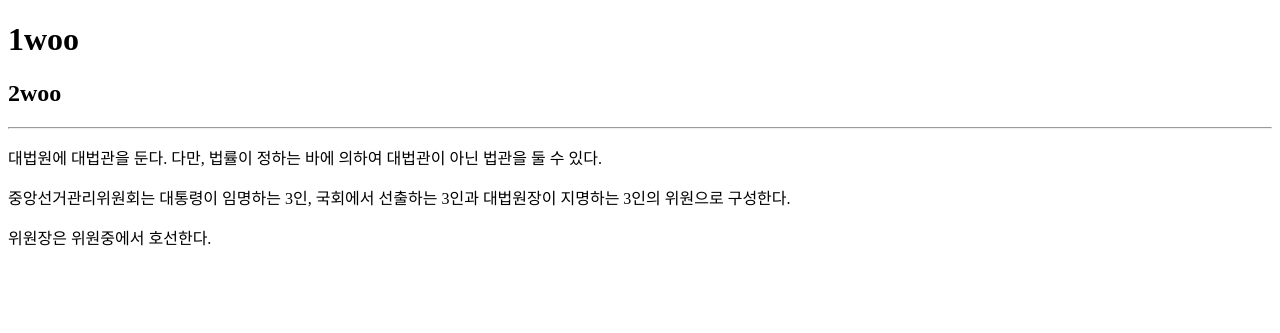
Repository: hyungju2/SSAFY_JavaPractice
Page: 20190211_HTML/web_java/HTMLProject/WebContent/html/First.html
These files come from the project's save history. The page is drawn as it stood at one moment and after the next save; the edit follows.
The browser window is 1280 px wide. The pictures show the whole page.

Above is the page before, as saved 2019-02-11 02:56:00.

### 20190211_HTML/web_java/HTMLProject/WebContent/html/First.html
<!DOCTYPE html>
<html>
	<head>
		<meta charset="UTF-8">
		<title>My page Title</title>
	</head>

	<body>
	<!-- hn: heading tag. 제목달기 -->
		<h1>1woo</h1>
		<h2>2woo</h2>
		<hr> <!-- 가로 줄 긋기 , 줄 바꿈-->
		<p>대법원에 대법관을 둔다. 다만, 법률이 정하는 바에 의하여 대법관이 아닌 법관을 둘 수 있다.
		<p>중앙선거관리위원회는 대통령이 임명하는 3인, 국회에서 선출하는 3인과 대법원장이 지명하는 3인의 위원으로 구성한다.<p> 위원장은 위원중에서 호선한다.
		<!-- p 테그는 줄바꿈 효과 -->
	</body>
</html>

After the next save:
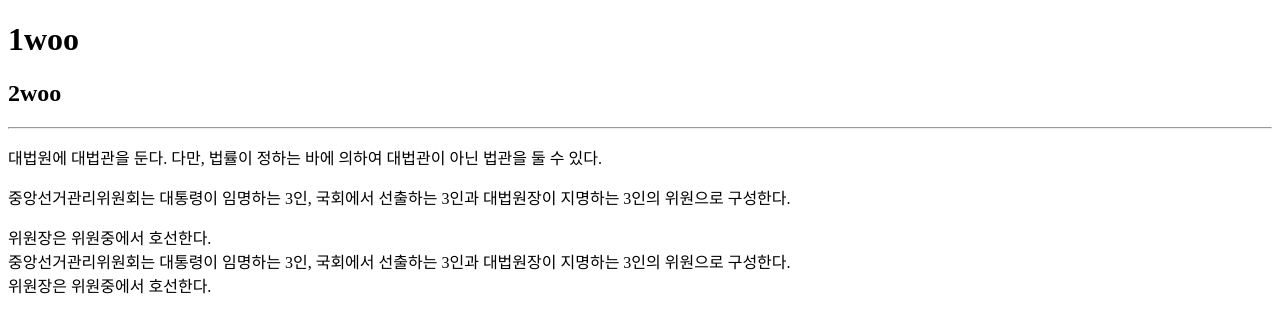
Saved 78 min 5 s later.
--- a/20190211_HTML/web_java/HTMLProject/WebContent/html/First.html
+++ b/20190211_HTML/web_java/HTMLProject/WebContent/html/First.html
@@ -12,6 +12,8 @@
 		<hr> <!-- 가로 줄 긋기 , 줄 바꿈-->
 		<p>대법원에 대법관을 둔다. 다만, 법률이 정하는 바에 의하여 대법관이 아닌 법관을 둘 수 있다.
 		<p>중앙선거관리위원회는 대통령이 임명하는 3인, 국회에서 선출하는 3인과 대법원장이 지명하는 3인의 위원으로 구성한다.<p> 위원장은 위원중에서 호선한다.
-		<!-- p 테그는 줄바꿈 효과 -->
+		<br>중앙선거관리위원회는 대통령이 임명하는 3인, 국회에서 선출하는 3인과 대법원장이 지명하는 3인의 위원으로 구성한다.<br> 위원장은 위원중에서 호선한다.
+		<!-- p 태그는 문단을 나누는 것. 줄 바꾸는 것이 아니다. >
+		<!-- br태그는 줄 바꿈.>
 	</body>
 </html>
